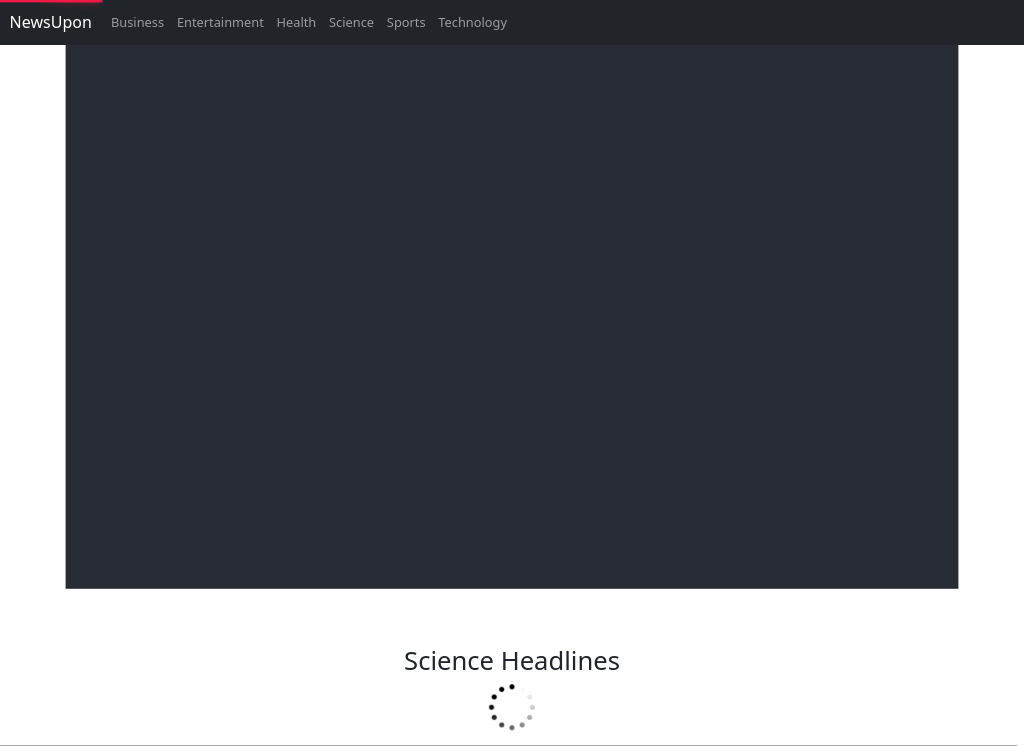
Repository: Akash33253/NewsUpon
Page: /science
An editor plug-in stored every save of this project. The page is shown before and after the next save, followed by the edit.
The browser window is 1280 px wide. The pictures show the whole page, at 80% of full size.
The page's requests for data from a server got no answer. The project was rebuilt for these pictures with package versions that can differ from the ones it lists, and the page was loaded fresh each time. No one was signed in, and anything a server would have sent is missing. Also part of the build but not shown: src/index.css, src/components/NewsItem.js.

Above is the page before, as saved 2022-11-12 22:56:14.

After the next save:
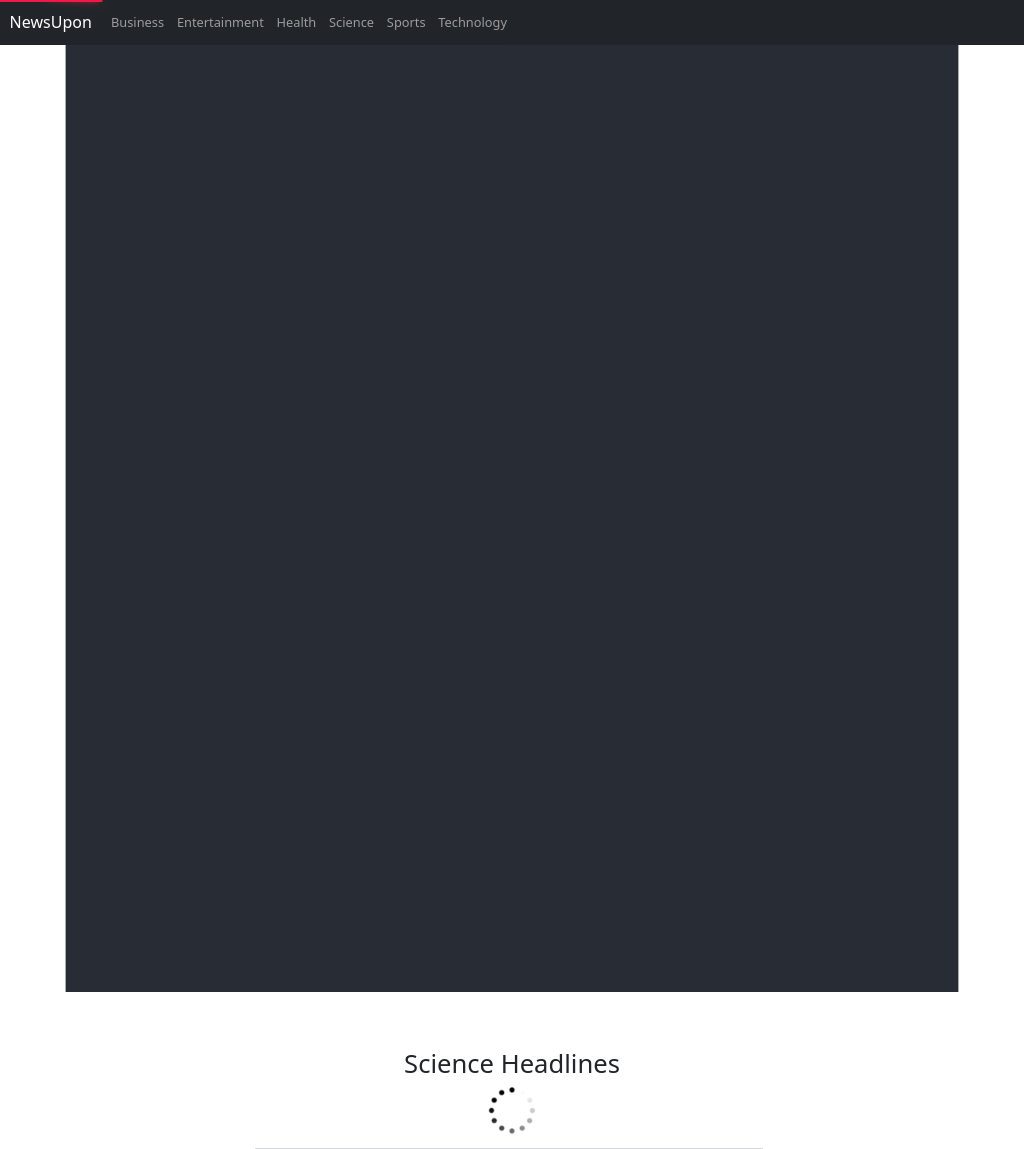
Saved 16 s later.
--- a/src/App.css
+++ b/src/App.css
@@ -39,6 +39,6 @@
 
 #banner{
   width: 100%;
-  height: 100vh;
+  height: 170vh;
   background-color: #282c34;
 }
